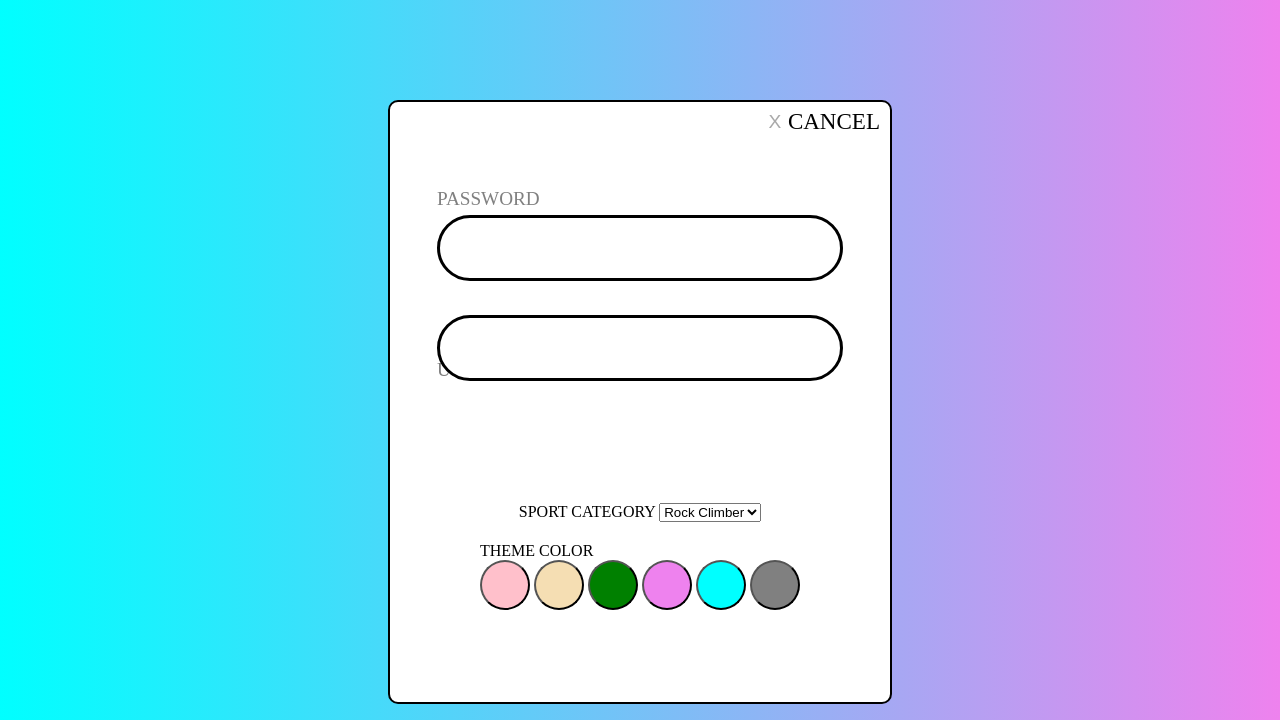
Repository: zRush1202/LoginPage-demo
Page: dom/exercise/login.html
These files come from the project's save history. The page is drawn as it stood at one moment and after the next save; the edit follows.
The browser window is 1280 px wide. The pictures show the whole page.

Above is the page before, as saved 2023-09-17 09:41:42.

After the next save:
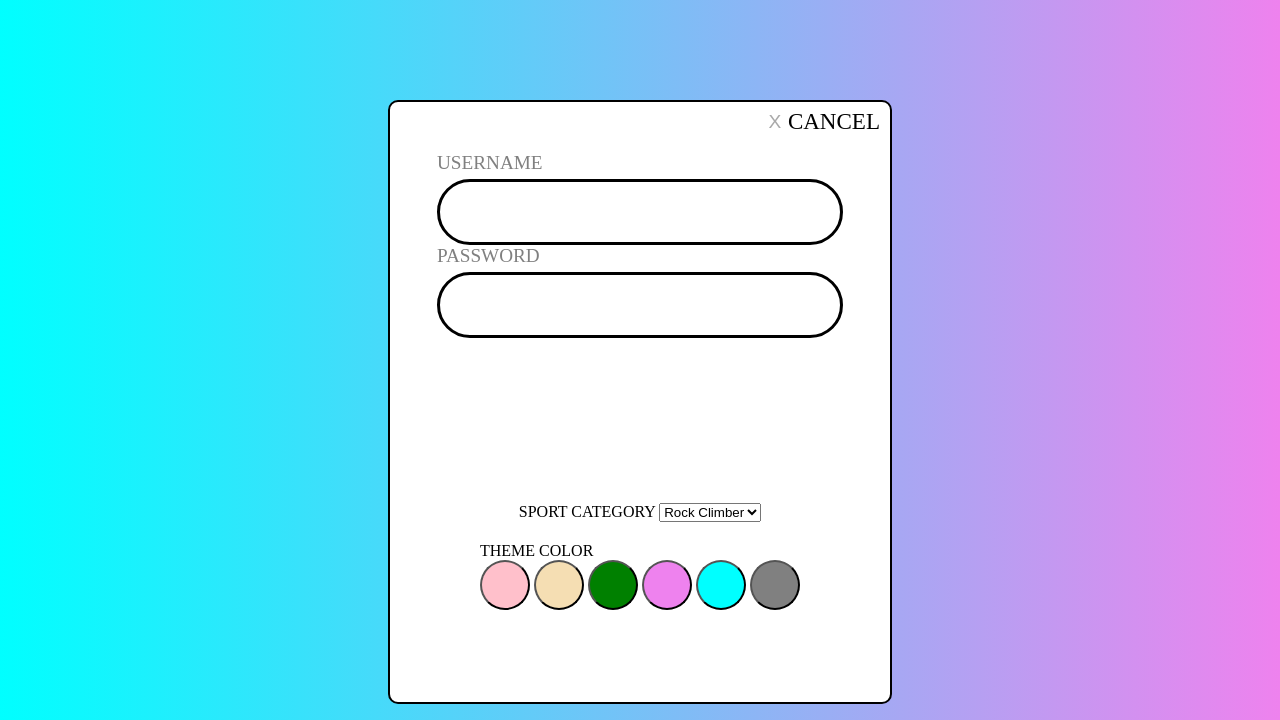
Saved 13 s later.
--- a/dom/exercise/login.css
+++ b/dom/exercise/login.css
@@ -64,10 +64,7 @@ body {
     color: gray;
 }
 
-.user, .us {
-    position: absolute;
-    bottom: -100px;
-}
+
 
 
 
